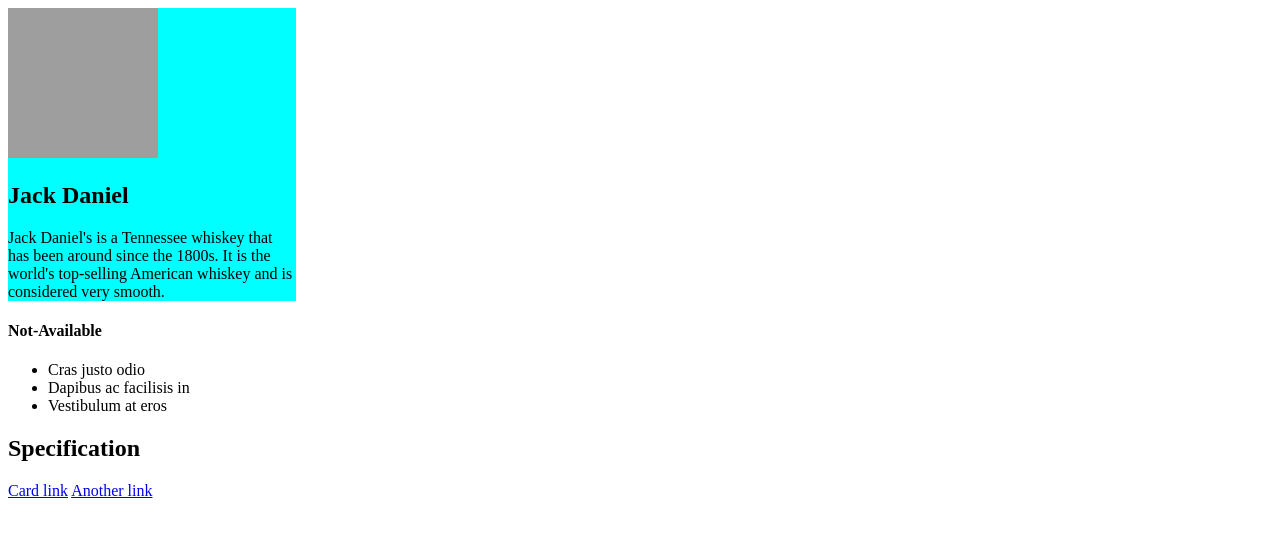
Repository: ZamlZam/REPO-11
Page: product-cards/index.html
The author's editor kept a copy of each file at every save. The page is drawn from the files as they stood at one save, then again after the next save.
The browser window is 1280 px wide. The pictures show the whole page.
Pictures or frames that could not be fetched are drawn as grey boxes.

Above is the page before, as saved 2023-04-13 12:22:07.

### product-cards/index.html
<!DOCTYPE html>
<html lang="en">
<head>
  <meta charset="UTF-8">
  <meta http-equiv="X-UA-Compatible" content="IE=edge">
  <meta name="viewport" content="width=device-width, initial-scale=1.0">
  <title>Document</title>
  <link rel="stylesheet" href="main.css">
</head>
<body>
  <div class ="wrapper">
    <div class="card1" style="width: 18rem;">
     <img src="https://www.finewinedelivery.co.nz/content/products/original/16561.jpg?width=1136" height = "150px" width="150px" alt="">
    <div class="card-body">
      <h2 class="Jack Daniel">Jack Daniel</h2>
      <p class="card-text">Jack Daniel's is a Tennessee whiskey that has been around since the 1800s. It is the world's top-selling American whiskey and is considered very smooth.</p>
    </div>
  </div>
    <h4 class="Available">Not-Available</h4>
    <ul class="list-group list-group-flush">
      <li class="list-group-item">Cras justo odio</li>
      <li class="list-group-item">Dapibus ac facilisis in</li>
      <li class="list-group-item">Vestibulum at eros</li>
    </ul>
    <h2 class="specification">Specification</h2>
    <div class="card-body">
      <a href="#" class="card-link">Card link</a>
      <a href="#" class="card-link">Another link</a>
    </div>
  </div>
</body>
</html>

### product-cards/main.css
.card1 {
  border: black;
  background-color: aqua;
}

After the next save:
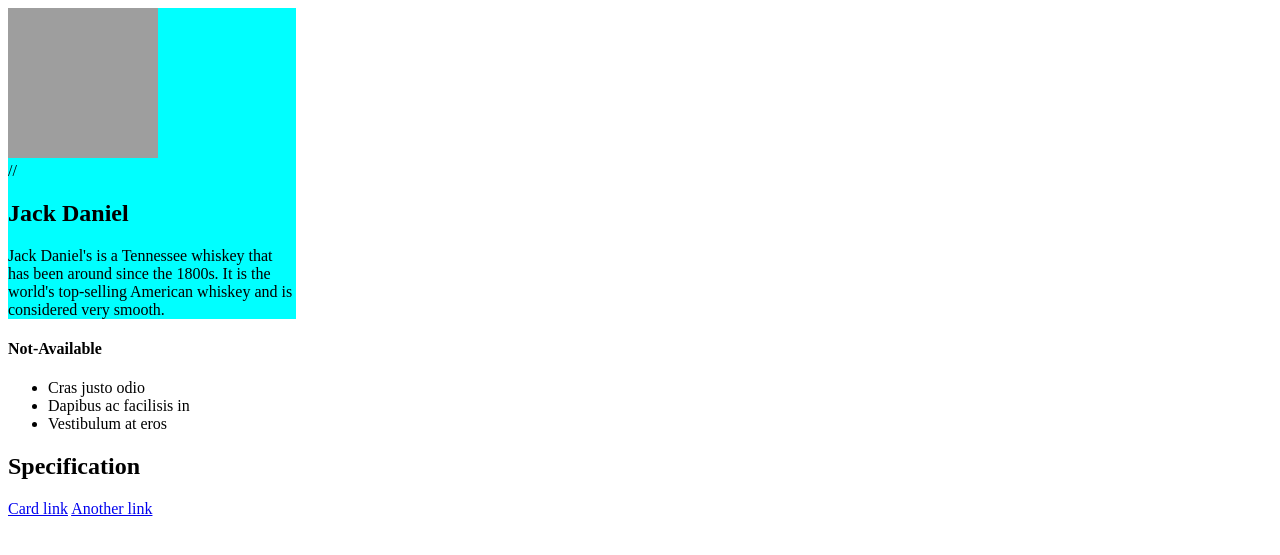
Saved 66 s later.
--- a/product-cards/index.html
+++ b/product-cards/index.html
@@ -12,7 +12,7 @@
     <div class="card1" style="width: 18rem;">
      <img src="https://www.finewinedelivery.co.nz/content/products/original/16561.jpg?width=1136" height = "150px" width="150px" alt="">
     <div class="card-body">
-      <h2 class="Jack Daniel">Jack Daniel</h2>
+      //<h2 class="Jack Daniel">Jack Daniel</h2>
       <p class="card-text">Jack Daniel's is a Tennessee whiskey that has been around since the 1800s. It is the world's top-selling American whiskey and is considered very smooth.</p>
     </div>
   </div>
